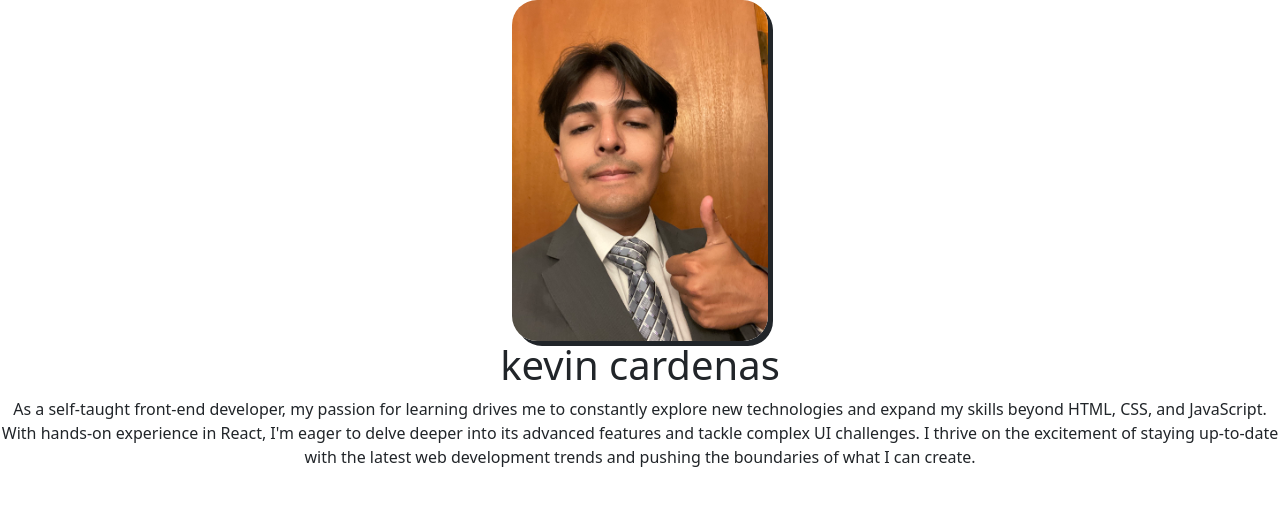
Repository: elqueben/elqueben.github.io
Page: public/index.html
The author's editor kept a copy of each file at every save. The page is drawn from the files as they stood at one save, then again after the next save.
The browser window is 1280 px wide. The pictures show the whole page.

Above is the page before, as saved 2023-06-20 11:46:56.

After the next save:
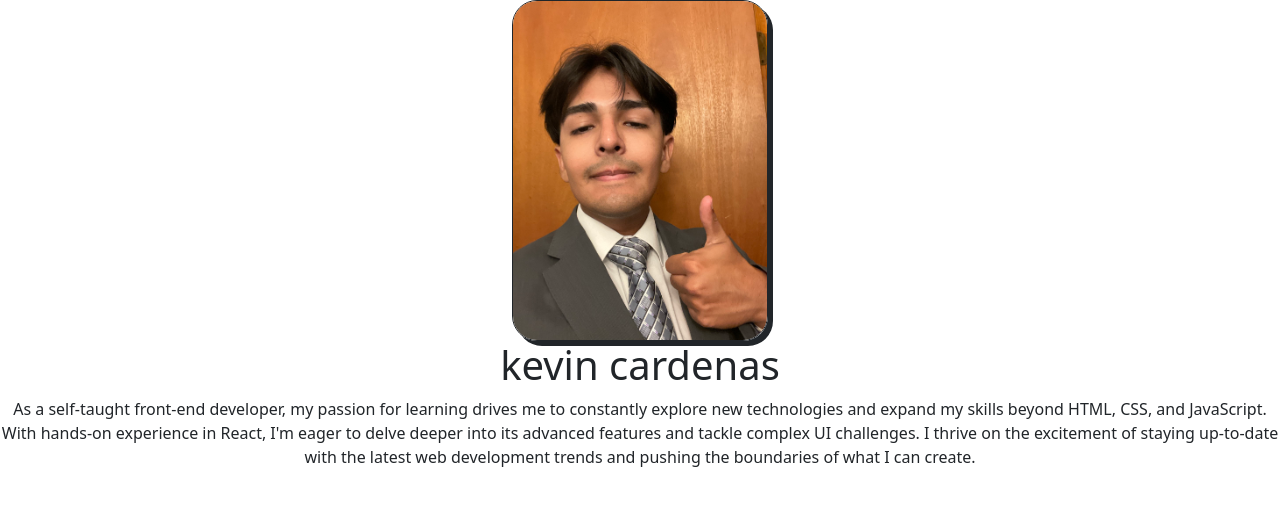
Saved 25 s later.
--- a/public/styles.css
+++ b/public/styles.css
@@ -2,6 +2,7 @@
     width: 20%;
     display: block;
     margin: 0 auto;
+    border: 1px solid;
     border-radius: 25px;
     box-shadow: 5px 5px;
   }
